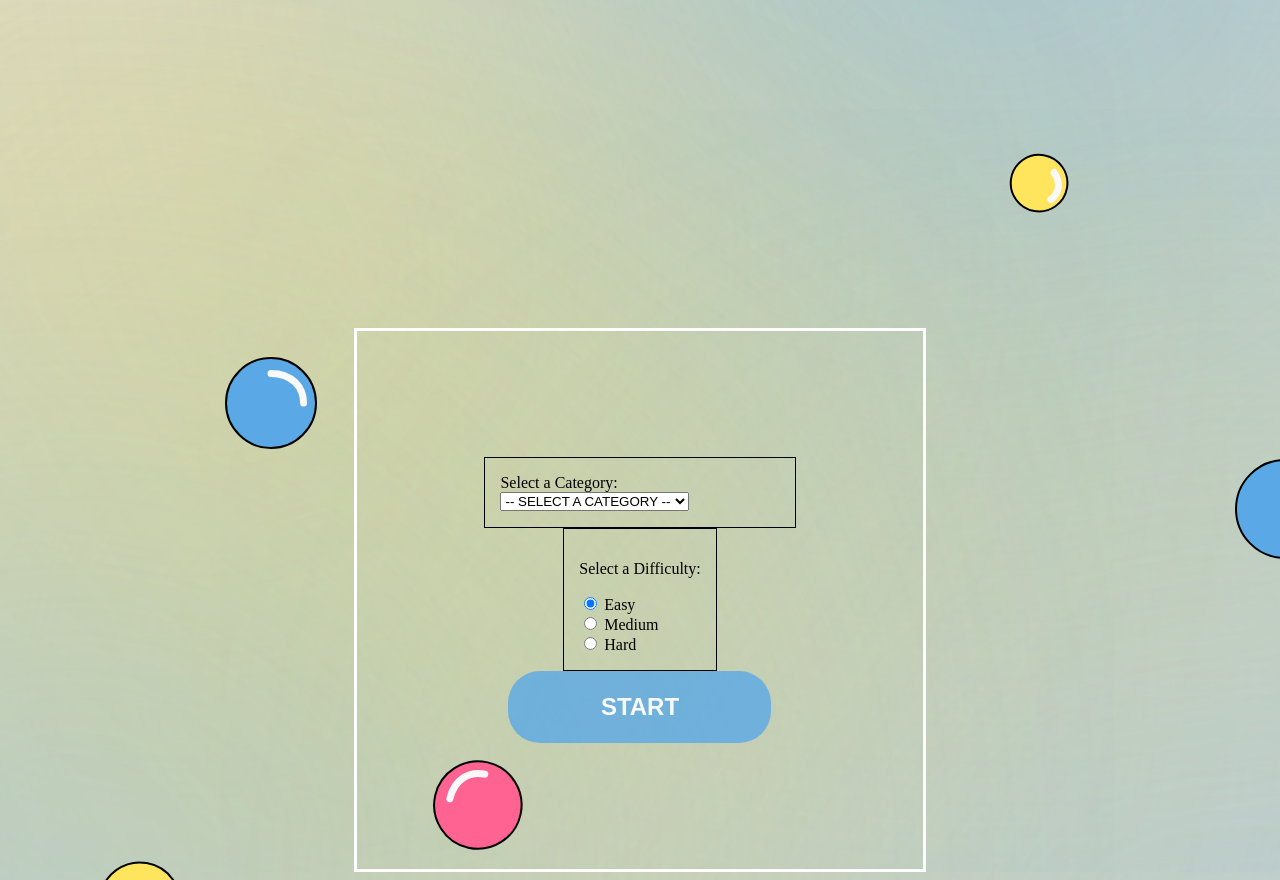
Repository: sierralaurent/SmartiePants
Page: trivia.html
The author's editor kept a copy of each file at every save. The page is drawn from the files as they stood at one save, then again after the next save.
The browser window is 1280 px wide. The pictures show the whole page.
The page's requests for data from a server got no answer.

Above is the page before, as saved 2023-05-16 12:28:10.
Console error: TypeError: Cannot read properties of null (reading 'addEventListener')

### trivia.html
<!DOCTYPE html>
<html lang="en">
<!--Page to select category and difficulty-->
<head>
  <meta charset="UTF-8">
  <title>SMARTIEPANTS | START TRIVIA</title>
  <link rel="stylesheet" href="trivia.css" />
</head>

<body>
  <div class="mainContainer">
    <div class="categoryContainer">
      <label for="category-dropdown">Select a Category:</label>
      <select id="category-dropdown">
      <option value="">-- SELECT A CATEGORY --</option>
    </select>
    </div>

    <div class="difficultyContainer">
      <p>Select a Difficulty:</p>
    <input type="radio" id="easy" name="difficulty" value="easy" checked>
    <label for="easy">Easy</label><br>
    <input type="radio" id="medium" name="difficulty" value="medium">
    <label for="medium">Medium</label><br>
    <input type="radio" id="hard" name="difficulty" value="hard">
    <label for="hard">Hard</label>
    </div>

    <a href="/quiz.html"><button class="startButton">START</button></a>
  </div>

  <script src="trivia.js"></script>
</body>

</html>

### trivia.css
body {
    background-image: url('./background.svg');
    display: flex;
    align-items: center;
    justify-content: center;
    padding-top: 25%;
}
.mainContainer {
    border: 3px solid white;
    display: flex;
    flex-direction: column;
    justify-content: center;
    align-items: center;
    padding: 10%;
}
.categoryContainer {
    border: 1px solid black;
    padding: 5%;
    align-items: center;
    justify-content: center;

}

.difficultyContainer {
    border: 1px solid black;
    padding: 5%;
    gap: 5%;
}

.startButton {
    width: 16.438rem;
    height: 4.5rem;
    border-radius: 2rem;
    background-color: rgba(90, 169, 230, 0.8);
    border: none;
    color: #F9F9F9;
    font-size: 1.5rem;
    font-weight: 700;
    transition: 0.2s;
    user-select: none;
    cursor: pointer;
}

### trivia.js
// get the dropdown input and turns it into const
const categoryDropdown = document.getElementById("category-dropdown");
let display = '';
// fetches categories from api
fetch("https://opentdb.com/api_category.php")
  .then(response => response.json())
  .then(data => {
    // sets categories value to the data in the trivia_categories json from api
    const categories = data.trivia_categories;
    // sorts categories alphabetically
    categories.sort((a, b) => a.name.localeCompare(b.name));
    categories.forEach(category => {
      // for each category, it creates an element in the dropdown
      const option = document.createElement("option");
      option.value = category.id;
      option.text = category.name;
      categoryDropdown.add(option);
    });
  })
  // catches any errors
  .catch(error => console.error(error));



const startButton = document.getElementById("start-button");
const difficultyRadios = document.getElementsByName("difficulty");
let url = ''

// event listener for the start button. runs startQuiz function
startButton.addEventListener("click", startQuiz);

//sets the category to the value of what user picked in dropdown
function startQuiz() {
  const category = categoryDropdown.value;
  // sets diffiulty based on what user picked in radio buttons
  const difficulty = getSelectedRadioValue(difficultyRadios);
  //the url of what questions the api will give based on category and difficulty user picked
  url = `https://opentdb.com/api.php?amount=10&type=multiple${category ? `&category=${category}` : ""}${difficulty ? `&difficulty=${difficulty}` : ""}`;

  const quizContainer = document.getElementById("quizContainer");
  const settingsContainer = document.getElementById("settingsContainer")

  if (quizContainer.style.display === 'none') {
    settingsContainer.style.display = 'none'
    quizContainer.style.display = 'block';
  } else {
    quizContainer.style.display === 'none';
    settingsContainer.style.display = 'block'
  }

  const question = document.getElementById('question');
  const choices = Array.from(document.getElementsByClassName('choice-text'));
  const progressText = document.getElementById('progressText');
  const scoreText = document.getElementById('score');
  const progressBarFull = document.getElementById('progressBarFull');
  let currentQuestion = {};
  let acceptingAnswers = false;
  let score = 0;
  let questionCounter = 0;
  let availableQuesions = [];
  let questions = [];

  fetch(
    `${url}`
  )
    .then((res) => {
      return res.json();
    })
    .then((loadedQuestions) => {
      questions = loadedQuestions.results.map((loadedQuestion) => {
        const formattedQuestion = {
          question: loadedQuestion.question,
        };

        const answerChoices = [...loadedQuestion.incorrect_answers];
        formattedQuestion.answer = Math.floor(Math.random() * 4) + 1;
        answerChoices.splice(
          formattedQuestion.answer - 1,
          0,
          loadedQuestion.correct_answer
        );

        answerChoices.forEach((choice, index) => {
          formattedQuestion['choice' + (index + 1)] = choice;
        });

        return formattedQuestion;
      });
      startGame();
    })
    .catch((err) => {
      console.error(err);
    });

  //CONSTANTS
  const CORRECT_BONUS = 10;
  const MAX_QUESTIONS = 10;

  startGame = () => {
    questionCounter = 0;
    score = 0;
    availableQuesions = [...questions];
    getNewQuestion();
  };

  getNewQuestion = () => {
    if (availableQuesions.length === 0 || questionCounter >= MAX_QUESTIONS) {
      localStorage.setItem('mostRecentScore', score);
      //go to the end page
      return window.location.assign('/end.html');
    }
    questionCounter++;
    progressText.innerText = `Question ${questionCounter}/${MAX_QUESTIONS}`;
    //Update the progress bar
    progressBarFull.style.width = `${(questionCounter / MAX_QUESTIONS) * 100}%`;

    const questionIndex = Math.floor(Math.random() * availableQuesions.length);
    currentQuestion = availableQuesions[questionIndex];
    question.innerText = currentQuestion.question;

    choices.forEach((choice) => {
      const number = choice.dataset['number'];
      choice.innerText = currentQuestion['choice' + number];
    });

    availableQuesions.splice(questionIndex, 1);
    acceptingAnswers = true;
  };

  choices.forEach((choice) => {
    choice.addEventListener('click', (e) => {
      if (!acceptingAnswers) return;

      acceptingAnswers = false;
      const selectedChoice = e.target;
      const selectedAnswer = selectedChoice.dataset['number'];

      const classToApply =
        selectedAnswer == currentQuestion.answer ? 'correct' : 'incorrect';

      if (classToApply === 'correct') {
        incrementScore(CORRECT_BONUS);
      }

      selectedChoice.parentElement.classList.add(classToApply);

      setTimeout(() => {
        selectedChoice.parentElement.classList.remove(classToApply);
        getNewQuestion();
      }, 1000);
    });
  });

  incrementScore = (num) => {
    score += num;
    scoreText.innerText = score;
  };


  console.log(url)
}

function getSelectedRadioValue(radios) {
  for (let i = 0; i < radios.length; i++) {
    if (radios[i].checked) {
      return radios[i].value;
    }
  }
  return null;
}

After the next save:
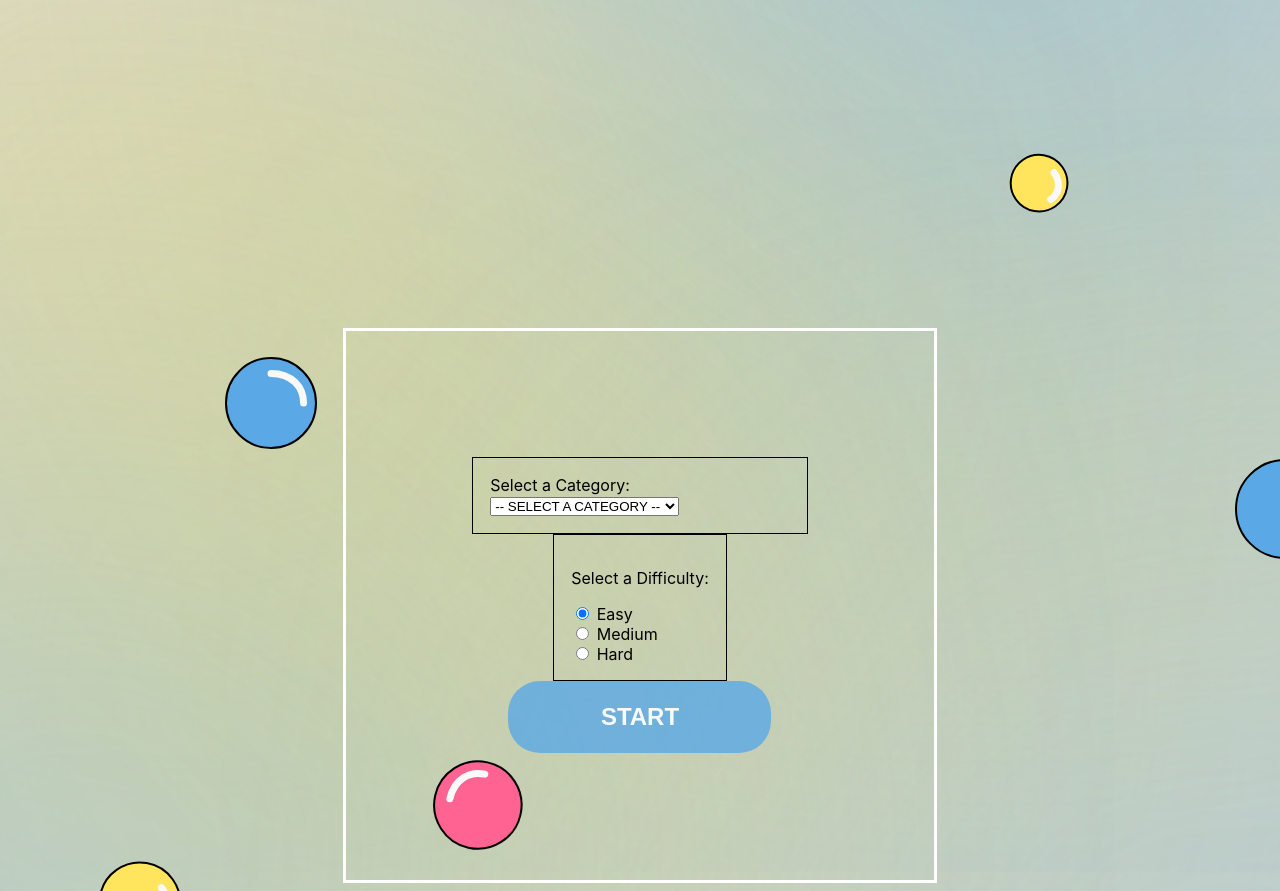
Saved 45 s later.
--- a/trivia.css
+++ b/trivia.css
@@ -4,6 +4,9 @@ body {
     align-items: center;
     justify-content: center;
     padding-top: 25%;
+    font-family: 'Inter', sans-serif;
+    gap: 13rem;
+    font-size: 16px;
 }
 .mainContainer {
     border: 3px solid white;
